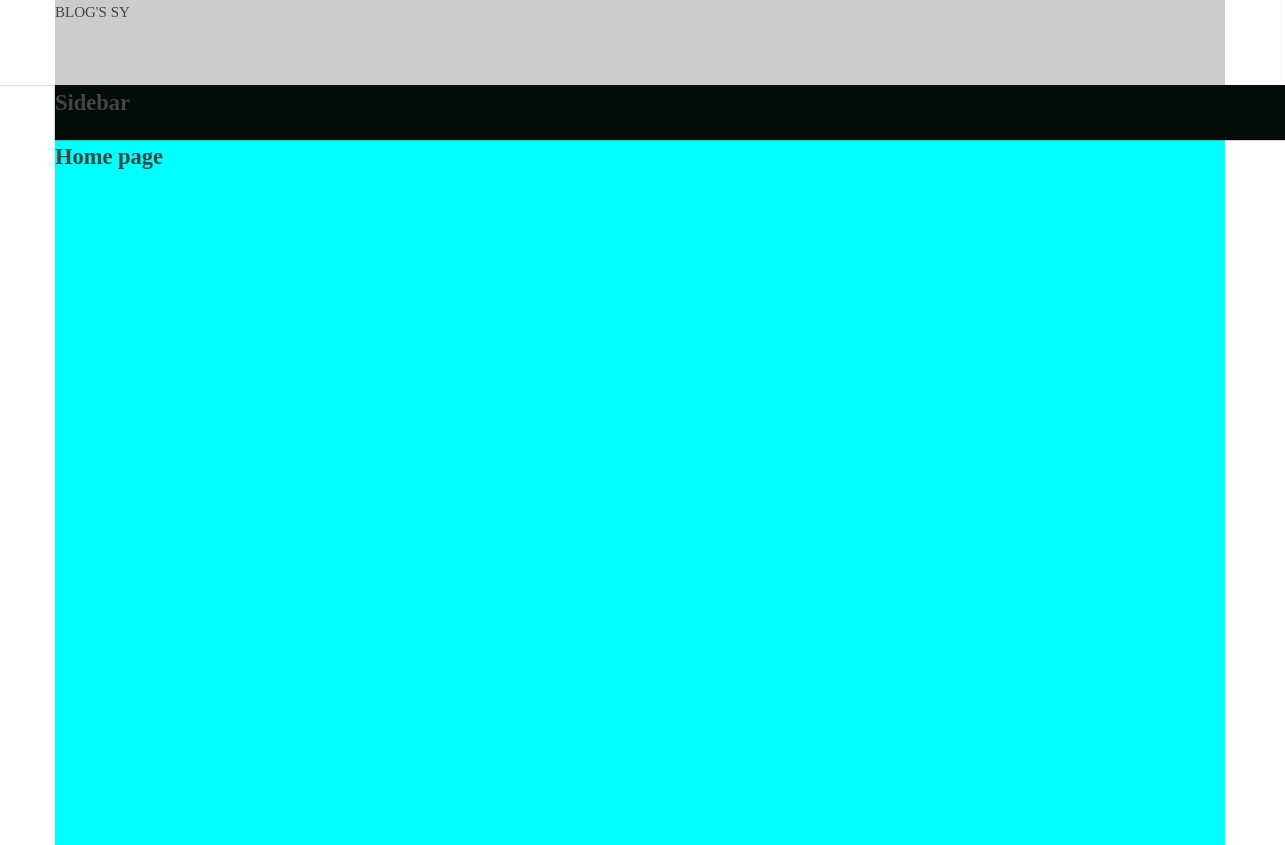
Repository: SyLe-Van/Make-Colorful
Page: /
These files come from the project's save history. The page is drawn as it stood at one moment and after the next save; the edit follows.
The browser window is 1280 px wide. The page is 1285 px wide, so the pictures cover 1285 px, including what lies to the right of the window. The pictures show the whole page.
Some web fonts or font styles are not loaded; a fallback is used. The project was rebuilt for these pictures with package versions that can differ from the ones it lists, and the page was loaded fresh each time. Also part of the build but not shown: src/pages/cinema/index.js, src/pages/fashion/index.js, src/pages/grooming/index.js, src/pages/lifestyle/index.js, src/pages/contact/index.js.

Above is the page before, as saved 2023-10-10 20:52:07.

### src/index.js
import React from 'react';
import ReactDOM from 'react-dom/client';
import App from '~/App';
import reportWebVitals from './reportWebVitals';
import GlobalStyles from '~/components/GlobalStyles';
const root = ReactDOM.createRoot(document.getElementById('root'));
root.render(
    <React.StrictMode>
        <GlobalStyles>
            <App />
        </GlobalStyles>
    </React.StrictMode>,
);

// If you want to start measuring performance in your app, pass a function
// to log results (for example: reportWebVitals(console.log))
// or send to an analytics endpoint. Learn more: https://bit.ly/CRA-vitals
reportWebVitals();

### src/App.js
import { BrowserRouter as Router, Routes, Route } from 'react-router-dom';
import Home from '~/pages/home';
import Cinema from '~/pages/cinema';
import Fashion from '~/pages/fashion';
import Grooming from '~/pages/grooming';
import LifeStyle from '~/pages/lifestyle';
import { publicRoutes } from './routes';
import { Component } from 'react';
import { DefaultLayout } from '~/components/Layout';
import { Fragment } from 'react';
function App() {
    return (
        <Router>
            <div className="App">
                <Routes>
                    {publicRoutes.map((route, index) => {
                        const Layout = route.layout === null ? Fragment : DefaultLayout;
                        const Page = route.component;
                        return (
                            <Route
                                key={index}
                                path={route.path}
                                element={
                                    <Layout>
                                        <Page />
                                    </Layout>
                                }
                            />
                        );
                    })}
                </Routes>
            </div>
        </Router>
    );
}

export default App;

### src/routes/index.js
import Home from '~/pages/home';
import Cinema from '~/pages/cinema';
import Fashion from '~/pages/fashion';
import Grooming from '~/pages/grooming';
import LifeStyle from '~/pages/lifestyle';
import Contact from '~/pages/contact';
// dont need login to view
const publicRoutes = [
    { path: '/', component: Home },
    { path: '/cinema', component: Cinema },
    { path: '/fashion', component: Fashion },
    { path: '/grooming', component: Grooming },
    { path: '/lifestyle', component: LifeStyle },
    { path: '/contact', component: Contact, layout: null },
];

const privateRoutes = [];

export { publicRoutes, privateRoutes };

### src/components/GlobalStyles/GlobalStyles.scss
@import 'normalize.css';
@import url('https:; //fonts.googleapis.com/css2?family=Lato:ital,wght@0,400;0,700;1,400;1,700&family=Montserrat:ital,wght@0,400;0,700;1,400;1,700&family=Playfair+Display&family=Poppins:wght@300;400;600;700&display=swap');

:root {
    --primary: #f6f6f6;
}

* {
    box-sizing: border-box;
    margin: 0;
    padding: 0;
}
html {
    font-size: 40px;
}
body {
    font-family: 'Playfair Display', serif;
    line-height: 1.6;
    color: #444;
    font-size: 15px;
    text-rendering: optimizeSpeed;
}

### src/components/Layout/DefaultLayout/index.js
import Header from './Header';
import classNames from 'classnames/bind';
import styles from './DefaultLayout.module.scss';
import Sidebar from './Sidebar';

const cx = classNames.bind(styles);
function DefaultLayout({ children }) {
    return (
        <div className={cx('wrapper')}>
            <Header />
            <div className={cx('container')}>
                <Sidebar />
                <div className={cx('contain')}>{children}</div>
            </div>
        </div>
    );
}

export default DefaultLayout;

### src/components/Layout/DefaultLayout/Header/index.js
import styles from './Header.module.scss';
import classNames from 'classnames/bind';

const cx = classNames.bind(styles);

function Header() {
    return (
        <header className={cx('wrapper')}>
            <div className={cx('inner')}>BLOG'S SY</div>
        </header>
    );
}

export default Header;

### src/components/Layout/DefaultLayout/DefaultLayout.module.scss
.wrapper {
    display: flex;
    flex-direction: column;
    align-items: center;
}
.container {
    width: 1170px;
    height: 760px;
    background-color: aqua;
}

### src/components/Layout/DefaultLayout/Sidebar/index.js
import styles from './Sidebar.module.scss';
import classNames from 'classnames/bind';

const cx = classNames.bind(styles);

function Sidebar() {
    return (
        <aside className={cx('wrapper')}>
            <h2>Sidebar</h2>
        </aside>
    );
}

export default Sidebar;

### src/components/Layout/DefaultLayout/Header/Header.module.scss
.wrapper {
    height: 85px;
    width: 100%;
    box-shadow: 0px 1px 1px rgb(0 0 0 / 12%);
    display: flex;
    justify-content: center;
}
.inner {
    height: 100%;
    width: 1170px;
    background-color: #ccc;
}

### src/components/Layout/DefaultLayout/Sidebar/Sidebar.module.scss
.wrapper {
    width: 1230px;
    min-height: 54px;
    background-color: rgb(3, 12, 9);
    box-shadow: 0px 1px 1px rgb(0, 0, 0);
}

Loaded but not shown: public/index.html (common file); src/reportWebVitals.js (common file); src/components/GlobalStyles/index.js (common file); src/pages/home/index.js (common file); src/components/Layout/index.js (common file)

After the next save:
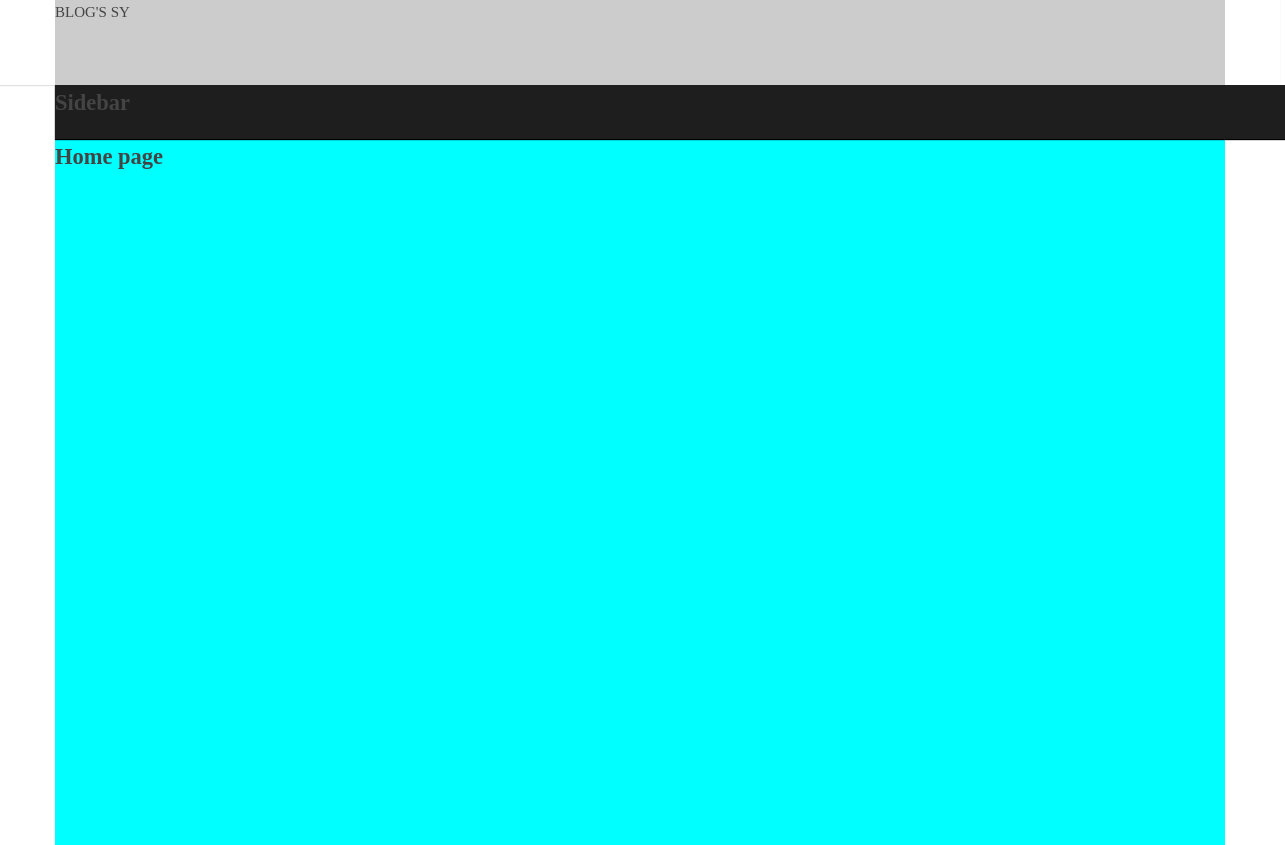
Saved 28 s later.
--- a/src/components/Layout/DefaultLayout/Sidebar/Sidebar.module.scss
+++ b/src/components/Layout/DefaultLayout/Sidebar/Sidebar.module.scss
@@ -1,6 +1,6 @@
 .wrapper {
     width: 1230px;
     min-height: 54px;
-    background-color: rgb(3, 12, 9);
+    background-color: #1e1e1e;
     box-shadow: 0px 1px 1px rgb(0, 0, 0);
 }
